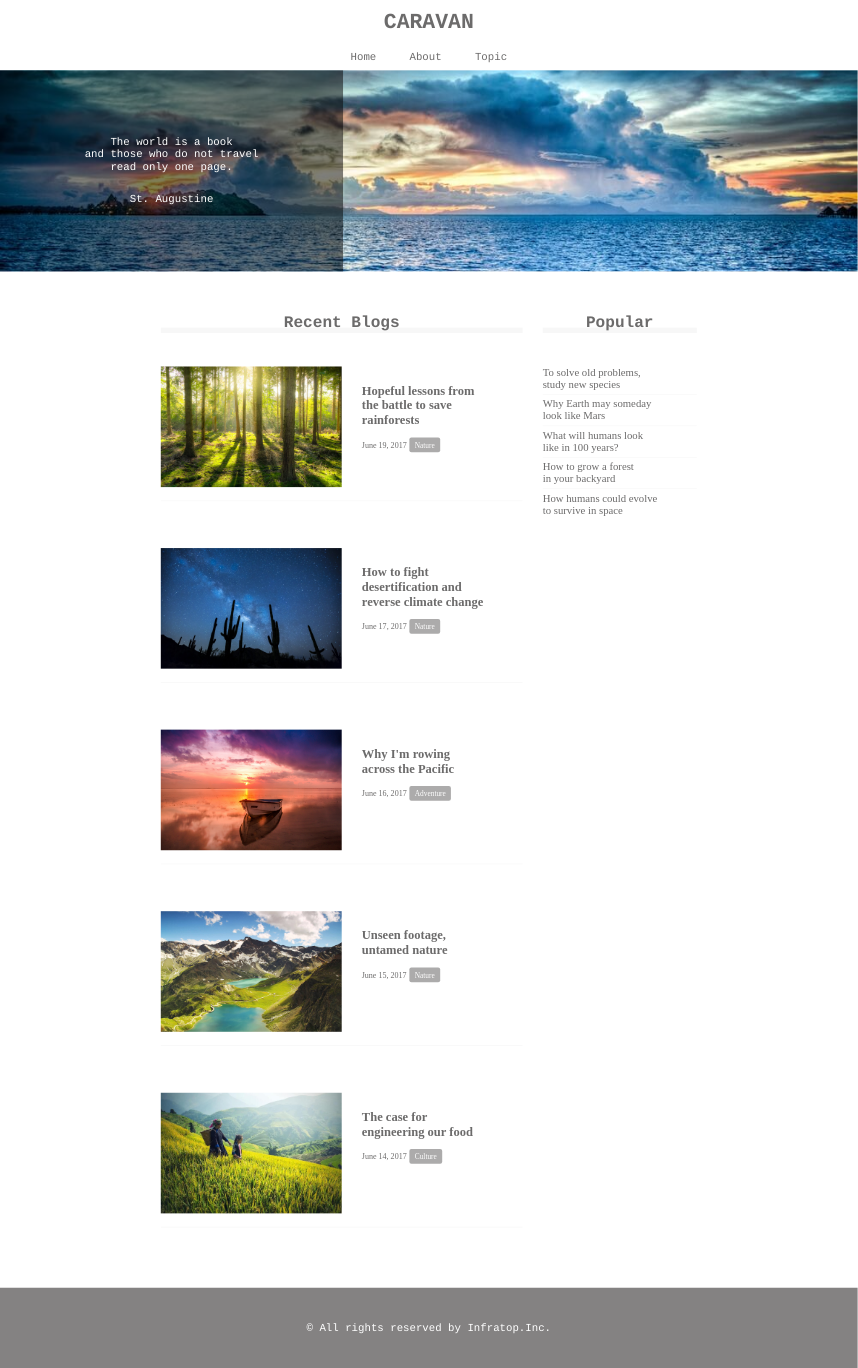
Repository: rascalNoShippo/git-practice
Page: caravan/index.html
The author's editor kept a record of every edit. The page is drawn from the files as they stood at one moment, then again after the next edit.
The browser window is 1280 px wide. The pictures show the whole page, at 67% of full size.

Above is the page before.

After the next edit:
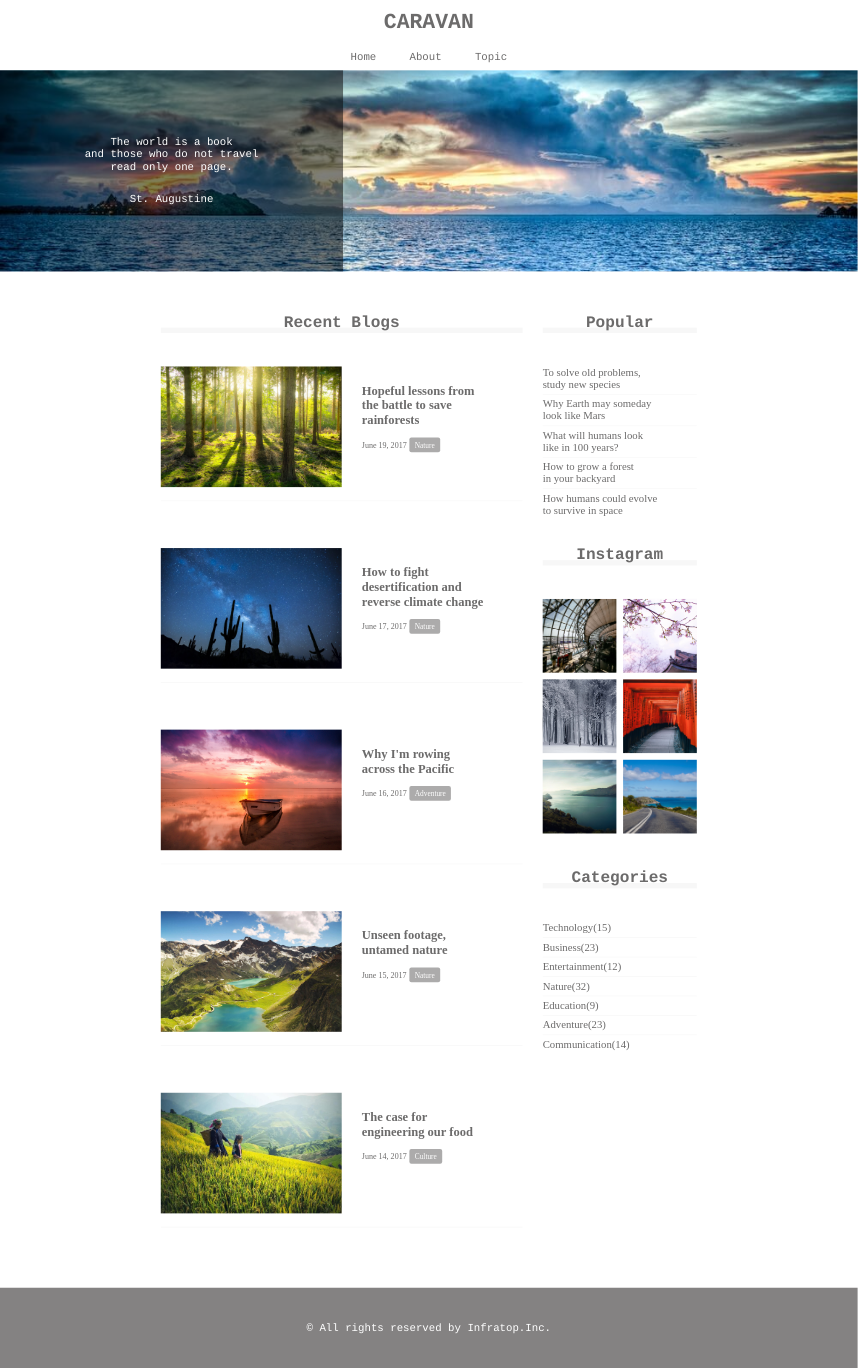
The edit:
--- a/caravan/index.html
+++ b/caravan/index.html
@@ -117,6 +117,29 @@
             <p class="popular-text">How humans could evolve<br>to survive in space</p>
           </div>
         </section>
+        <section class="instagram">
+          <h2 class="instagram-heading common-heading">Instagram</h2>
+          <div class="sidebar-contents">
+            <div class="instagram-box"></div>
+            <div class="instagram-box"></div>
+            <div class="instagram-box"></div>
+            <div class="instagram-box"></div>
+            <div class="instagram-box"></div>
+            <div class="instagram-box"></div>
+          </div>
+        </section>
+        <section class="categories">
+          <h2 class="categories-heading common-heading">Categories</h2>
+          <div class="sidebar-contents">
+            <p class="categories-text">Technology(15)</p>
+            <p class="categories-text">Business(23)</p>
+            <p class="categories-text">Entertainment(12)</p>
+            <p class="categories-text">Nature(32)</p>
+            <p class="categories-text">Education(9)</p>
+            <p class="categories-text">Adventure(23)</p>
+            <p class="categories-text">Communication(14)</p>
+          </div>
+        </section>
       </div>
     </main>
     <footer>
